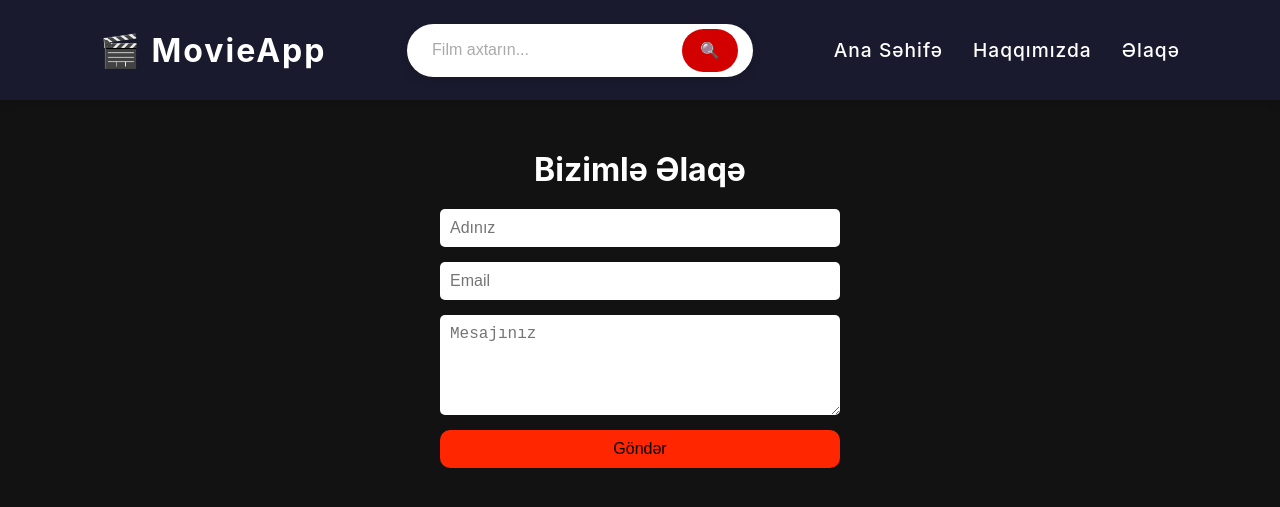
Repository: Zulfiyya077/InternIntelligence_MovieWebsite
Page: /contact
These files come from the project's save history. The page is drawn as it stood at one moment and after a run of saves; the edit follows.
The browser window is 1280 px wide. The pictures show the whole page.
The project was rebuilt for these pictures with package versions that can differ from the ones it lists, and the page was loaded fresh each time. Also part of the build but not shown: vite.config.js, src/services/MovieService.jsx, src/components/MovieCard.module.css, src/components/MovieCard.jsx, src/pages/Home.module.css, src/pages/Home.jsx, src/pages/MovieDetailsPage.module.css, src/pages/MovieDetailsPage.jsx and 4 more.

Above is the page before, as saved 2025-02-24 02:27:16.

After the next 2 saves:
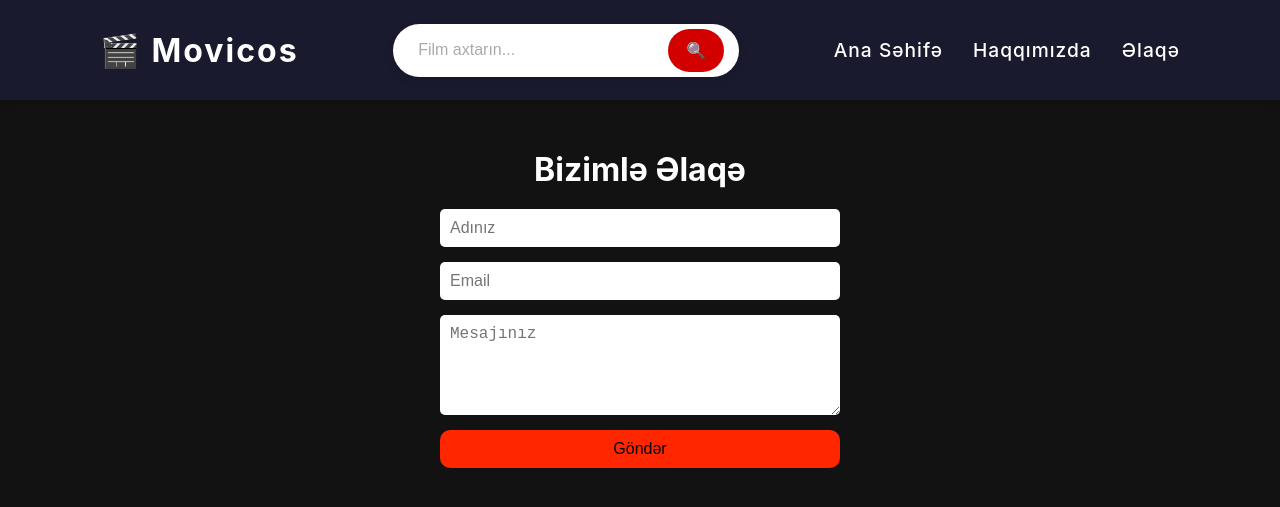
The 2 saves are shown as one change because they came seconds apart.
The last was saved 96 s later.
--- a/src/components/Navbar.jsx
+++ b/src/components/Navbar.jsx
@@ -7,7 +7,7 @@ const Navbar = () => {
     return (
         <nav className={styles.navbar}>
             <div className={styles.logo}>
-                <Link to="/">🎬 MovieApp</Link>
+                <Link to="/">🎬 Movicos</Link>
             </div>
             <SearchBar />
             <ul className={styles.navLinks}>
